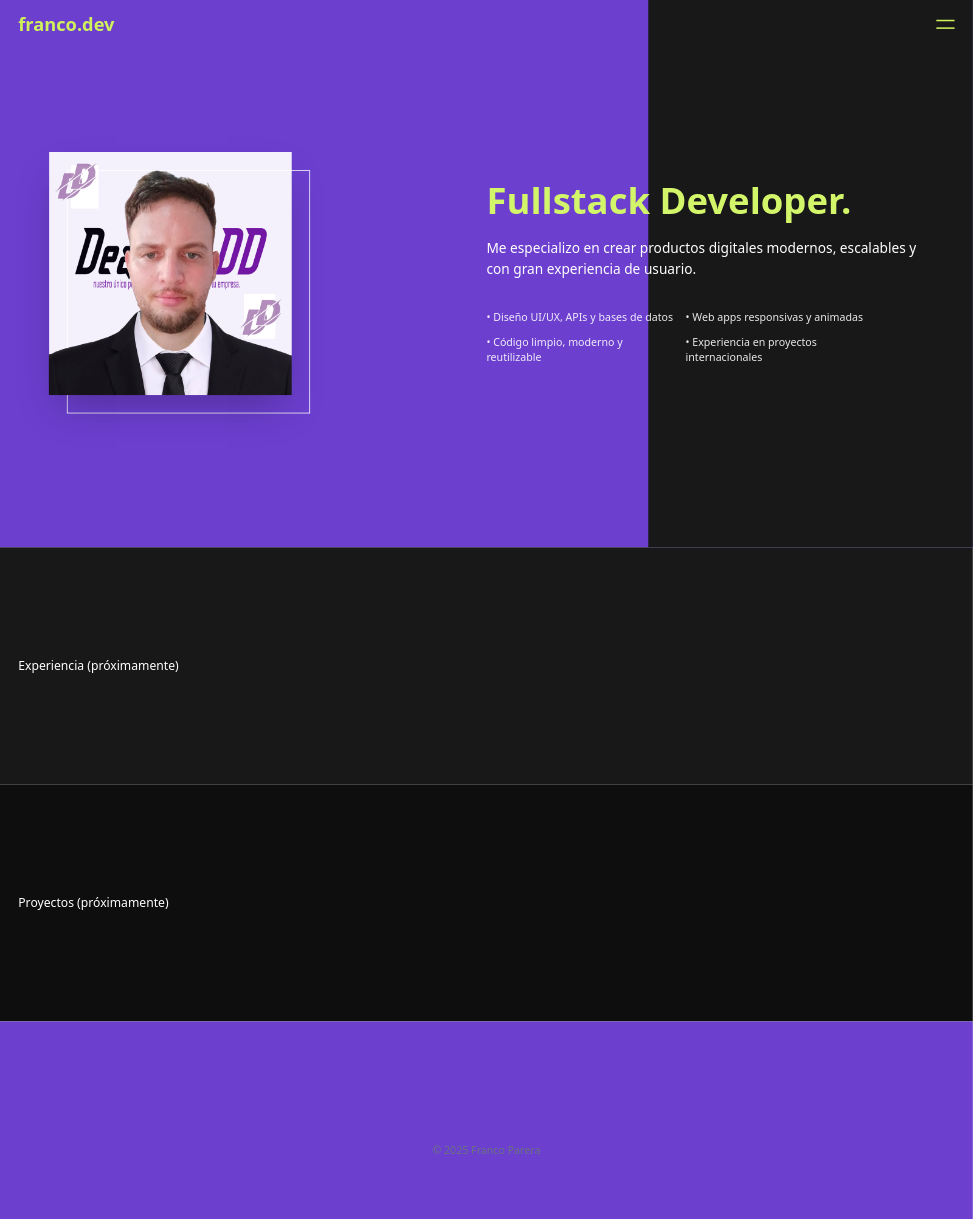
Repository: francoluca35/portfolio-franco-dev
Page: /
The author's editor kept a copy of each file at every save. The page is drawn from the files as they stood at one save, then again after the next save.
The browser window is 1280 px wide. The pictures show the whole page, at 76% of full size.
The project was rebuilt for these pictures with package versions that can differ from the ones it lists, and the page was loaded fresh each time. The framework's server and built-in components were replaced by stand-ins that run in the browser. Also part of the build but not shown: next.config.js.

Above is the page before, as saved 2025-05-06 01:33:34.

### app/layout.jsx
import Nav from "../components/Nav";
import "../styles/globals.css";

export const metadata = {
  title: "Franco Parera | Desarrollador Web Fullstack",
  description:
    "Portfolio de Franco Parera, desarrollador web especializado en React, Next.js y soluciones escalables.",
  keywords:
    "desarrollador web, portfolio, frontend, backend, next.js, react, diseño web, SEO, Buenos Aires",
  authors: [{ name: "Franco Parera" }],
  creator: "Franco Parera",
  openGraph: {
    title: "Franco Parera | Desarrollador Web",
    description:
      "Conocé mis proyectos como desarrollador web fullstack. Diseño moderno, rendimiento y SEO.",
    url: "https://tusitio.com",
    siteName: "Franco Parera | Portfolio",
    images: [
      {
        url: "https://tusitio.com/og-image.jpg",
        width: 1200,
        height: 630,
        alt: "Imagen portfolio Franco",
      },
    ],
    locale: "es_AR",
    type: "website",
  },
  twitter: {
    card: "summary_large_image",
    title: "Franco Parera | Desarrollador Web",
    description:
      "Portfolio profesional de Franco Parera con proyectos reales, experiencia y habilidades técnicas.",
    images: ["https://tusitio.com/og-image.jpg"],
  },
};

export default function RootLayout({ children }) {
  return (
    <html lang="es">
      <head>
        <meta name="viewport" content="width=device-width, initial-scale=1" />
        <link rel="icon" href="/favicon.ico" />
      </head>
      <body className="antialiased scroll-smooth">
        <Nav />
        <div className="pt-20">{children}</div>{" "}
      </body>
    </html>
  );
}

### app/page.jsx
import Hero from "../components/Hero";
import Experience from "../components/Experience";
import Projects from "../components/Projects";
import Footer from "../components/Footer";

export default function HomePage() {
  return (
    <main>
      <section id="inicio">
        <Hero />
      </section>

      <section id="experiencia" className="bg-[#181818] text-white py-20 px-6">
        <Experience />
      </section>

      <section id="proyectos" className="bg-[#0E0E0E] text-white py-20 px-6">
        <Projects />
      </section>

      <section id="contacto" className="bg-[#6C3FCF] text-white py-20 px-6">
        <Footer />
      </section>
    </main>
  );
}

### components/Nav.jsx
"use client";

import { useState, useEffect } from "react";
import Link from "next/link";
import { motion, AnimatePresence } from "framer-motion";

export default function Nav() {
  const [isOpen, setIsOpen] = useState(false);
  const [scrolled, setScrolled] = useState(false);

  useEffect(() => {
    const handleScroll = () => {
      setScrolled(window.scrollY > 10);
    };
    window.addEventListener("scroll", handleScroll);
    return () => window.removeEventListener("scroll", handleScroll);
  }, []);

  return (
    <>
      {/* Navbar superior */}
      <nav
        className={`fixed w-full px-6 py-4 flex justify-between items-center z-50 transition-colors duration-300 ${
          scrolled ? "bg-[#570c6c4b] shadow-lg" : "bg-transparent"
        }`}
      >
        <h1 className="text-2xl font-bold text-[#CFF25C]">franco.dev</h1>

        <button onClick={() => setIsOpen(true)} className="space-y-2">
          <span className="block w-6 h-0.5 bg-[#CFF25C]"></span>
          <span className="block w-6 h-0.5 bg-[#CFF25C]"></span>
        </button>
      </nav>

      {/* Menú fullscreen */}
      <AnimatePresence>
        {isOpen && (
          <motion.div
            initial={{ opacity: 0 }}
            animate={{ opacity: 1 }}
            exit={{ opacity: 0 }}
            className="fixed inset-0 bg-[#6C3FCF] text-white flex flex-col items-center justify-center text-5xl font-extrabold z-50"
          >
            <button
              onClick={() => setIsOpen(false)}
              className="absolute top-6 right-8 text-lg font-bold"
            >
              close
            </button>

            <ul className="space-y-8 text-center">
              <li>
                <Link href="#inicio" onClick={() => setIsOpen(false)}>
                  INICIO
                </Link>
              </li>
              <li>
                <Link href="#experiencia" onClick={() => setIsOpen(false)}>
                  EXPERIENCIA
                </Link>
              </li>
              <li>
                <Link href="#proyectos" onClick={() => setIsOpen(false)}>
                  PROYECTOS
                </Link>
              </li>
              <li>
                <Link href="#contacto" onClick={() => setIsOpen(false)}>
                  CONTACTO
                </Link>
              </li>
            </ul>

            <div className="text-sm font-light mt-16 flex gap-8">
              <a
                href="https://linkedin.com/in/francoparera"
                target="_blank"
                rel="noopener noreferrer"
              >
                LinkedIn
              </a>
              <a
                href="https://twitter.com"
                target="_blank"
                rel="noopener noreferrer"
              >
                Twitter
              </a>
            </div>
          </motion.div>
        )}
      </AnimatePresence>
    </>
  );
}

### components/Hero.jsx
"use client";
import { motion } from "framer-motion";
import Image from "next/image";

export default function Hero() {
  return (
    <section className="-mt-20 relative w-full min-h-screen bg-[#6C3FCF] text-white flex items-center justify-center sm:px-12 py-20">
      {/* Fondo negro a la derecha solo en desktop */}
      <div className="hidden md:block absolute top-0 right-0 w-1/3 h-full bg-[#181818] z-0" />

      {/* Contenido */}
      <div className="relative z-10 max-w-6xl w-full flex flex-col items-center md:flex-row md:items-center md:justify-between gap-10 md:gap-0">
        {/* Imagen arriba en mobile, a la derecha en desktop */}
        <motion.div
          initial={{ opacity: 0, scale: 0.95 }}
          animate={{ opacity: 1, scale: 1 }}
          transition={{ duration: 0.6 }}
          className="relative flex justify-center"
        >
          {/* Cuadro blanco detrás */}
          <div className="absolute top-6 left-6 w-60 h-60 md:w-80 md:h-80 border border-white z-0" />

          {/* Imagen principal */}
          <div className="relative w-60 h-60 md:w-80 md:h-80 shadow-2xl overflow-hidden z-10">
            <Image
              src="/assets/yo-franco.png"
              alt="Foto de Franco"
              fill
              className="object-cover"
              priority
            />
          </div>
        </motion.div>

        {/* Texto debajo en mobile, izquierda en desktop */}
        <div className="text-center md:text-left md:w-1/2 space-y-6">
          <motion.h1
            initial={{ opacity: 0, y: 20 }}
            animate={{ opacity: 1, y: 0 }}
            transition={{ duration: 0.6 }}
            className="text-4xl sm:text-5xl font-extrabold text-[#D3F56A]"
          >
            Fullstack Developer.
          </motion.h1>

          <motion.p
            initial={{ opacity: 0, y: 20 }}
            animate={{ opacity: 1, y: 0 }}
            transition={{ delay: 0.2, duration: 0.6 }}
            className="text-base sm:text-lg text-white max-w-xl mx-auto md:mx-0"
          >
            Me especializo en crear productos digitales modernos, escalables y
            con gran experiencia de usuario.
          </motion.p>

          <div className="grid grid-cols-1 sm:grid-cols-2 gap-3 text-sm text-white/90 max-w-lg mx-auto md:mx-0 pt-4">
            <p>• Diseño UI/UX, APIs y bases de datos</p>
            <p>• Web apps responsivas y animadas</p>
            <p>• Código limpio, moderno y reutilizable</p>
            <p>• Experiencia en proyectos internacionales</p>
          </div>
        </div>
      </div>
    </section>
  );
}

### components/Experience.jsx
export default function Experience() { return <section className="my-16">Experiencia (próximamente)</section>; }

### components/Projects.jsx
export default function Projects() { return <section className="my-16">Proyectos (próximamente)</section>; }

### components/Footer.jsx
export default function Footer() { return <footer className="mt-20 text-center text-sm text-gray-500">© 2025 Franco Parera</footer>; }

### tailwind.config.js
/** @type {import('tailwindcss').Config} */
module.exports = {
  content: [
    "./app/**/*.{js,ts,jsx,tsx}",
    "./components/**/*.{js,ts,jsx,tsx}",
  ],
  darkMode: 'class',
  theme: {
    extend: {},
  },
  plugins: [],
}

Loaded but not shown: styles/globals.css (common file)

After the next save:
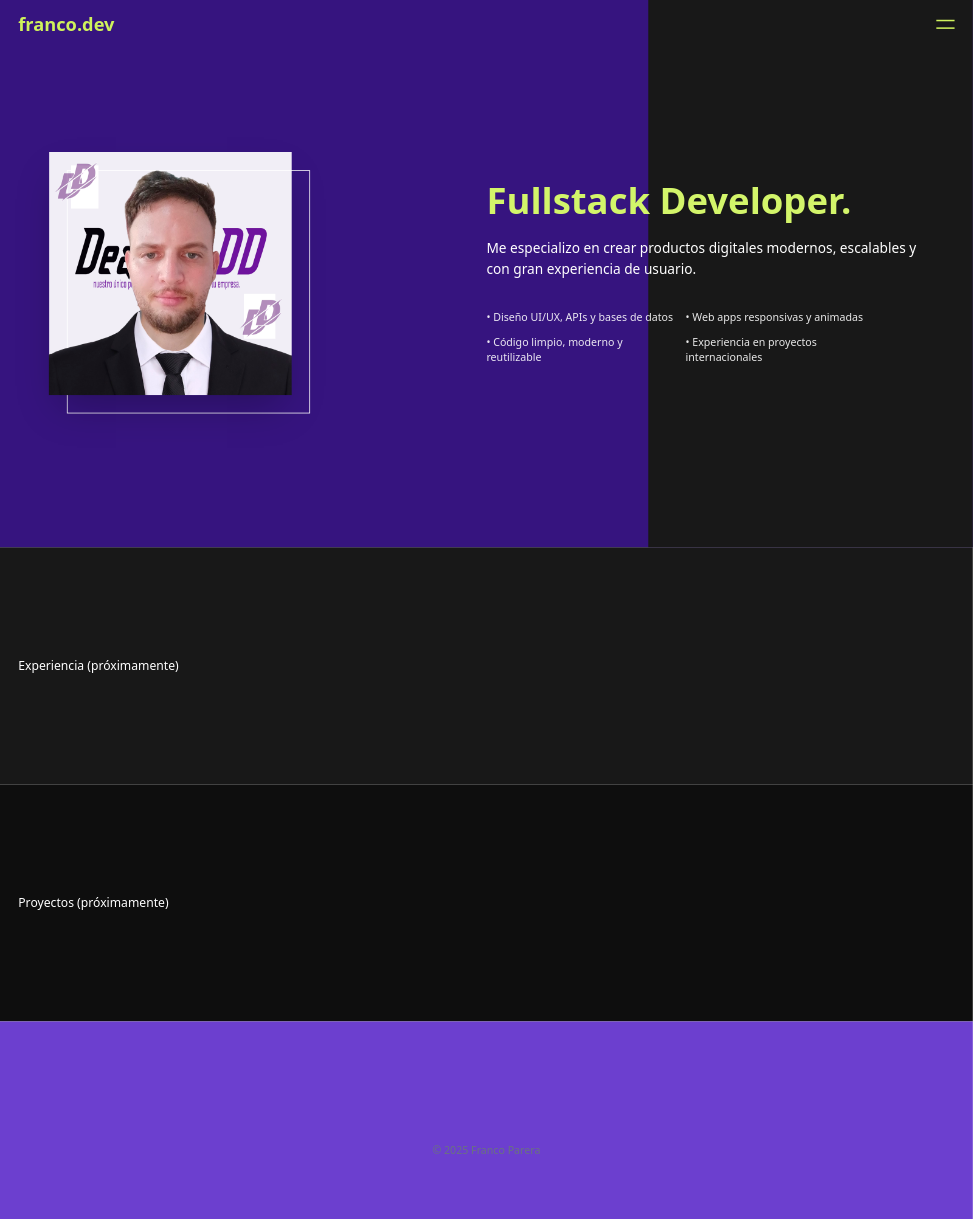
Saved 54 s later.
--- a/components/Hero.jsx
+++ b/components/Hero.jsx
@@ -4,8 +4,7 @@ import Image from "next/image";
 
 export default function Hero() {
   return (
-    <section className="-mt-20 relative w-full min-h-screen bg-[#6C3FCF] text-white flex items-center justify-center sm:px-12 py-20">
-      {/* Fondo negro a la derecha solo en desktop */}
+    <section className="-mt-20 relative w-full min-h-screen bg-[#36147f] text-white flex items-center justify-center sm:px-12 py-20">
       <div className="hidden md:block absolute top-0 right-0 w-1/3 h-full bg-[#181818] z-0" />
 
       {/* Contenido */}
